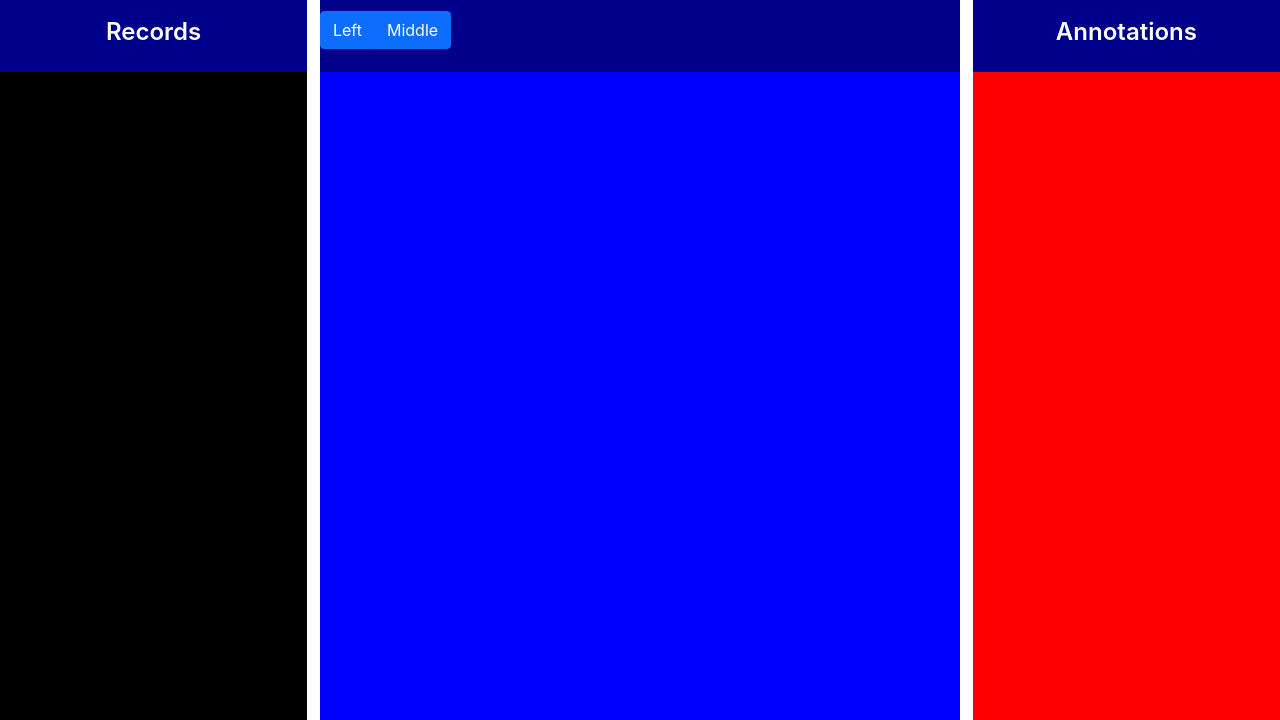
Repository: napan24/classforma_assignment
Page: / (app in client/)
The author's editor kept a copy of each file at every save. The page is drawn from the files as they stood at one save, then again after the next save.
The browser window is 1280 px wide. The pictures show the whole page.
The project was rebuilt for these pictures with package versions that can differ from the ones it lists, and the page was loaded fresh each time. Also part of the build but not shown: client/src/App.css.

Above is the page before, as saved 2022-07-19 17:01:44.

### client/public/index.html
<!DOCTYPE html>
<html lang="en">
  <head>
    <meta charset="utf-8" />
    <link rel="icon" href="%PUBLIC_URL%/favicon.ico" />
    <meta name="viewport" content="width=device-width, initial-scale=1" />
    <meta name="theme-color" content="#000000" />
    <meta
      name="description"
      content="Web site created using create-react-app"
    />
    <link href="https://cdn.jsdelivr.net/npm/bootstrap@5.1.3/dist/css/bootstrap.min.css" rel="stylesheet" integrity="sha384-1BmE4kWBq78iYhFldvKuhfTAU6auU8tT94WrHftjDbrCEXSU1oBoqyl2QvZ6jIW3" crossorigin="anonymous">
    <link rel="apple-touch-icon" href="%PUBLIC_URL%/logo192.png" />
    <!--
      manifest.json provides metadata used when your web app is installed on a
      user's mobile device or desktop. See https://developers.google.com/web/fundamentals/web-app-manifest/
    -->
    <link rel="manifest" href="%PUBLIC_URL%/manifest.json" />
    <!--
      Notice the use of %PUBLIC_URL% in the tags above.
      It will be replaced with the URL of the `public` folder during the build.
      Only files inside the `public` folder can be referenced from the HTML.

      Unlike "/favicon.ico" or "favicon.ico", "%PUBLIC_URL%/favicon.ico" will
      work correctly both with client-side routing and a non-root public URL.
      Learn how to configure a non-root public URL by running `npm run build`.
    -->
    <title>React App</title>
  </head>
  <body>
    <noscript>You need to enable JavaScript to run this app.</noscript>
    <div id="root"></div>
    <!--
      This HTML file is a template.
      If you open it directly in the browser, you will see an empty page.

      You can add webfonts, meta tags, or analytics to this file.
      The build step will place the bundled scripts into the <body> tag.

      To begin the development, run `npm start` or `yarn start`.
      To create a production bundle, use `npm run build` or `yarn build`.
    -->
    <script src="https://cdn.jsdelivr.net/npm/bootstrap@5.1.3/dist/js/bootstrap.bundle.min.js" integrity="sha384-ka7Sk0Gln4gmtz2MlQnikT1wXgYsOg+OMhuP+IlRH9sENBO0LRn5q+8nbTov4+1p" crossorigin="anonymous"></script>
  </body>
</html>

### client/src/App.js
import logo from './logo.svg';
import './App.css';
import Home from './Home';

function App() {
  return (
    <>
      <Home></Home>
    </>
  );
}

export default App;

### client/src/Home.js
import React from 'react'

const Home = () => {
    return (
        <>
            <div style={{ display: 'flex', width: "100vw", height: "100vh" }}>
                <div style={{ width: "24vw", height: "100vh", backgroundColor: "black", marginRight: "1vw" }}>
                    <div style={{ width: "24vw", height: "10vh", backgroundColor: "#00008b", textAlign: 'center', fontSize: '150%', color: "white", fontWeight: "600", position: "fixed" }}>
                        <p style={{ marginTop: "2vh" }}>
                            Records
                        </p>
                    </div>
                    <div>

                    </div>
                </div>
                <div style={{ width: "50vw", height: "100vh", backgroundColor: "blue", marginRight: "1vw" }}>
                    <div style={{ width: "50vw", height: "10vh", backgroundColor: "#00008b" }}>
                        <div class="btn-group" role="group" aria-label="Basic example" style={{marginTop:"1.5vh"}}>
                            <button type="button" class="btn btn-primary">Left</button>
                            <button type="button" class="btn btn-primary">Middle</button>
                        </div>
                    </div>
                    <div>

                    </div>
                </div>
                <div style={{ width: "24vw", height: "100vh", backgroundColor: "red" }}>
                    <div style={{ width: "24vw", height: "10vh", backgroundColor: "#00008b", textAlign: 'center', fontSize: '150%', color: "white", fontWeight: "600", position: "fixed" }}>
                        <p style={{ marginTop: "2vh" }}>
                            Annotations
                        </p>
                    </div>
                    <div>

                    </div>
                </div>
            </div>
        </>
    )
}

export default Home

Loaded but not shown: client/src/index.js (common file); client/src/index.css (common file); client/src/reportWebVitals.js (common file)

After the next save:
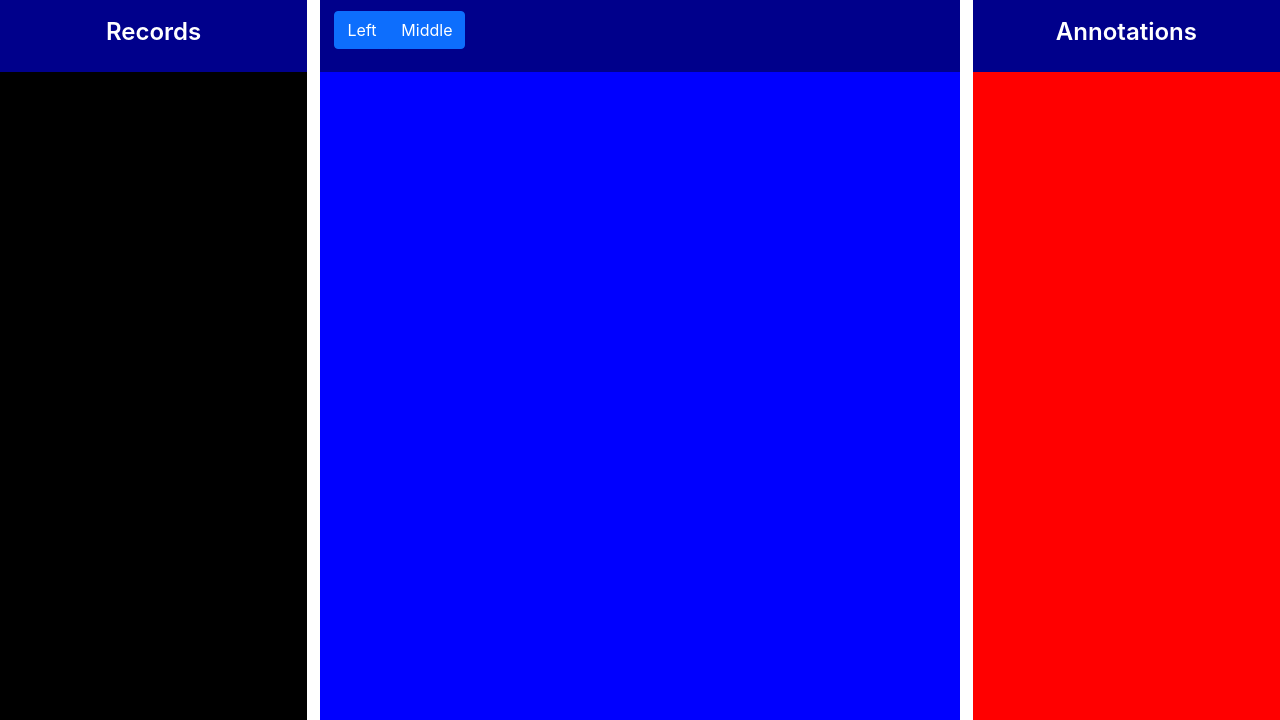
Saved 12 s later.
--- a/client/src/Home.js
+++ b/client/src/Home.js
@@ -16,7 +16,7 @@ const Home = () => {
                 </div>
                 <div style={{ width: "50vw", height: "100vh", backgroundColor: "blue", marginRight: "1vw" }}>
                     <div style={{ width: "50vw", height: "10vh", backgroundColor: "#00008b" }}>
-                        <div class="btn-group" role="group" aria-label="Basic example" style={{marginTop:"1.5vh"}}>
+                        <div class="btn-group" role="group" aria-label="Basic example" style={{marginTop:"1.5vh",marginLeft:"2vh"}}>
                             <button type="button" class="btn btn-primary">Left</button>
                             <button type="button" class="btn btn-primary">Middle</button>
                         </div>
